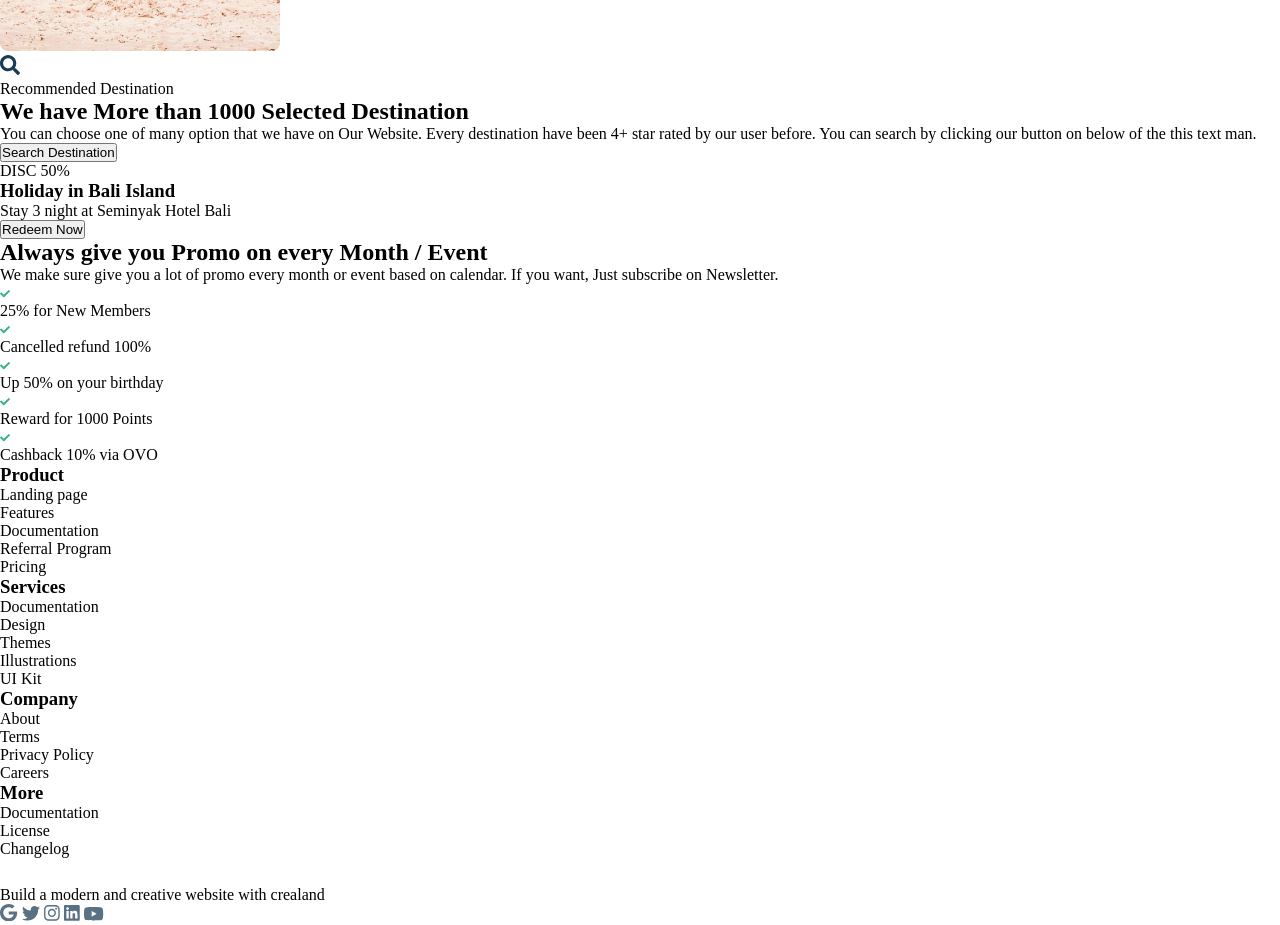
Repository: daviHmoraes/frontcomtailwind
Page: index.html
These files come from the project's save history. The page is drawn as it stood at one moment and after a run of saves; the edit follows.
The browser window is 1280 px wide. The pictures show the part of the page from y = 4182 to 5134 px (the page is 5107 px tall before and 5134 px after).
A picture or video elsewhere on the page could not be fetched, so the positions and the page height are approximate.

Above is the page before, as saved 2026-08-31 18:29:23.

After the next 4 saves:
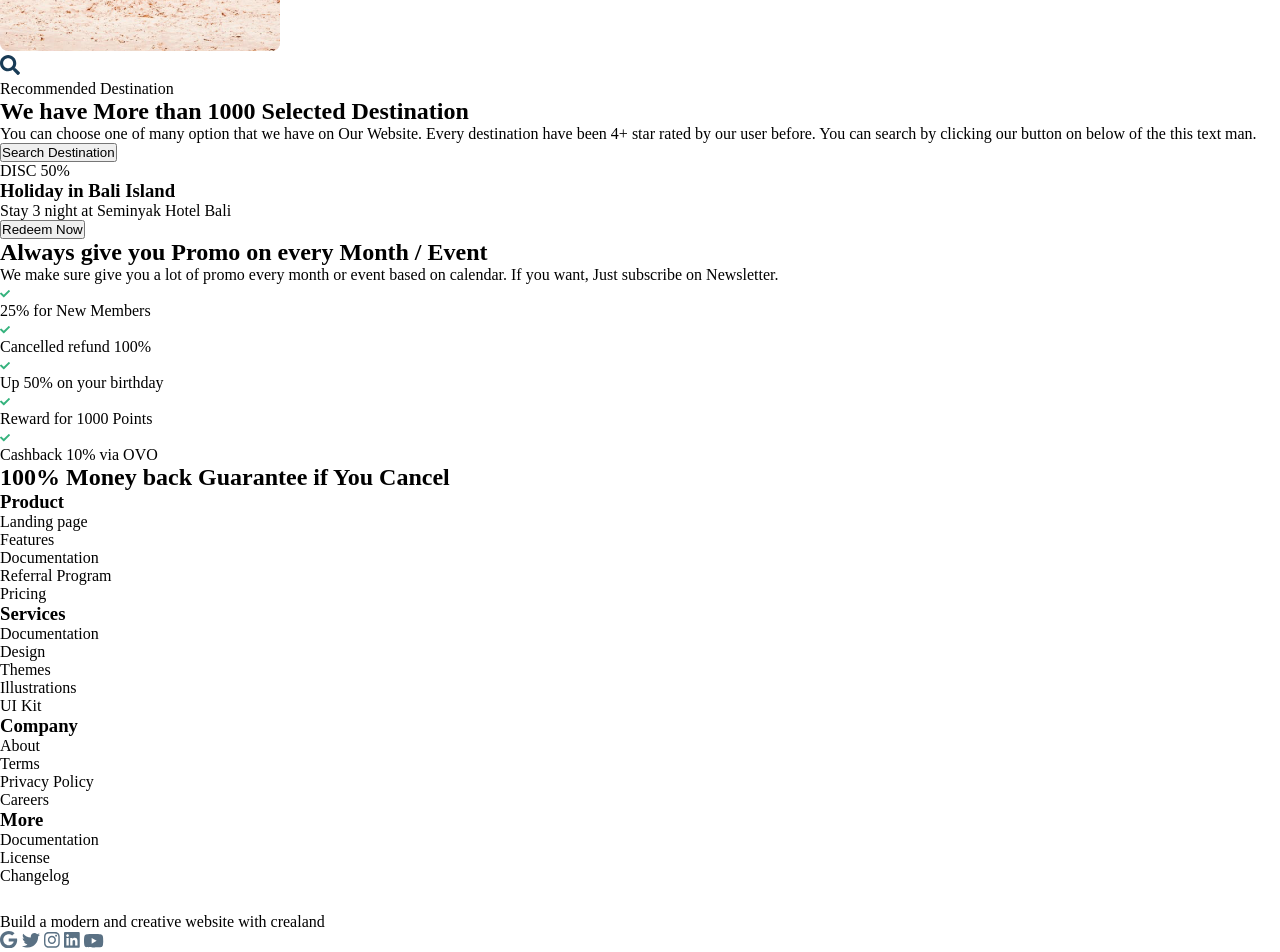
The 4 saves are shown as one change because they came seconds apart.
The last was saved 18 s later.
--- a/index.html
+++ b/index.html
@@ -350,8 +350,8 @@
         </section>
 
         <section class="money-back">
-
-
+            <h2>100% Money back
+                Guarantee if You Cancel</h2>
 
         </section>
 
